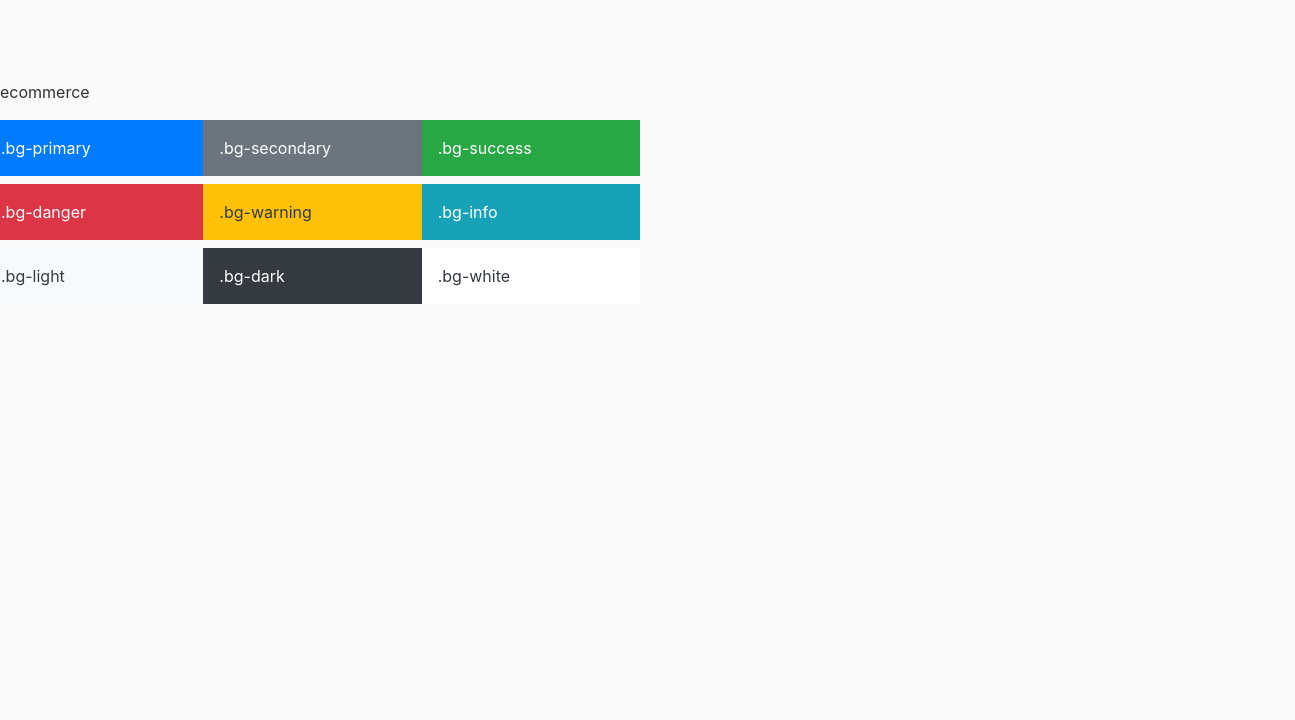
Repository: khanhdk0000/first_proj
Page: http://localhost/about?my_var=ecommerce
An editor plug-in stored every save of this project. The page is shown before and after the next save, followed by the edit.
The browser window is 1280 px wide. The page is 1295 px wide, then 1280 px, so the pictures cover 1295 px, including what lies to the right of the window. The pictures show the whole page.
Some web libraries are served in a nearby version. The page is served by the project's application, run on Flask 3 (flaskblog.py).

Above is the page before, as saved 2021-05-25 11:37:34.

### templates/about.html
{% extends "layout.html" %} {% block content %}
<p>{{ var}}</p>
<div class="row">
    <div class="col-2 p-3 mb-2 bg-primary text-white">.bg-primary</div>
    <div class="col-2 p-3 mb-2 bg-secondary text-white">.bg-secondary</div>
    <div class="col-2 p-3 mb-2 bg-success text-white">.bg-success</div>
</div>

<div class="row">
    <div class="col-2 p-3 mb-2 bg-danger text-white">.bg-danger</div>
    <div class="col-2 p-3 mb-2 bg-warning text-dark">.bg-warning</div>
    <div class="col-2 p-3 mb-2 bg-info text-white">.bg-info</div>
</div>

<div class="row">
    <div class="col-2 p-3 mb-2 bg-light text-dark">.bg-light</div>
    <div class="col-2 p-3 mb-2 bg-dark text-white">.bg-dark</div>
    <div class="col-2 p-3 mb-2 bg-white text-dark">.bg-white</div>
</div>



{% endblock content %}

### templates/layout.html
<!DOCTYPE html>
<html>
  <head>
    <!-- Required meta tags -->
    <meta charset="utf-8" />
    <meta
      name="viewport"
      content="width=device-width, initial-scale=1, shrink-to-fit=no"
    />

    <!-- Bootstrap CSS -->
    <link
      rel="stylesheet"
      href="https://maxcdn.bootstrapcdn.com/bootstrap/4.0.0/css/bootstrap.min.css"
      integrity="sha384-Gn5384xqQ1aoWXA+058RXPxPg6fy4IWvTNh0E263XmFcJlSAwiGgFAW/dAiS6JXm"
      crossorigin="anonymous"
    />

    <link
      rel="stylesheet"
      type="text/css"
      href="{{ url_for('static', filename='main.css') }}"
    />

    {% if title %}
    <title>Flask Blog - {{ title }}</title>
    {% else %}
    <title>Flask Blog</title>
    {% endif %}
  </head>
  <body>
    {% block content %}{% endblock %}

    <!-- Optional JavaScript -->
    <!-- jQuery first, then Popper.js, then Bootstrap JS -->
    <script
      src="https://code.jquery.com/jquery-3.2.1.slim.min.js"
      integrity="sha384-KJ3o2DKtIkvYIK3UENzmM7KCkRr/rE9/Qpg6aAZGJwFDMVNA/GpGFF93hXpG5KkN"
      crossorigin="anonymous"
    ></script>
    <script
      src="https://cdnjs.cloudflare.com/ajax/libs/popper.js/1.12.9/umd/popper.min.js"
      integrity="sha384-ApNbgh9B+Y1QKtv3Rn7W3mgPxhU9K/ScQsAP7hUibX39j7fakFPskvXusvfa0b4Q"
      crossorigin="anonymous"
    ></script>
    <script
      src="https://maxcdn.bootstrapcdn.com/bootstrap/4.0.0/js/bootstrap.min.js"
      integrity="sha384-JZR6Spejh4U02d8jOt6vLEHfe/JQGiRRSQQxSfFWpi1MquVdAyjUar5+76PVCmYl"
      crossorigin="anonymous"
    ></script>
    <!-- MDB -->
    <script
      type="text/javascript"
      src="https://cdnjs.cloudflare.com/ajax/libs/mdb-ui-kit/3.5.0/mdb.min.js"
    ></script>
  </body>
</html>

### flaskblog.py
from flask import Flask, render_template, url_for, request
app = Flask(__name__)


posts = [
    {
        'author': 'Corey Schafer',
        'title': 'Blog Post 1',
        'content': 'First post content',
        'date_posted': 'April 20, 2018'
    },
    {
        'author': 'Jane Doe',
        'title': 'Blog Post 2',
        'content': 'Second post content',
        'date_posted': 'April 21, 2018'
    }
]

@app.route('/')
@app.route('/home')
def hello_world():
    return render_template('home.html', posts=posts, title='Hey')

@app.route('/about')
def about():
    my_var = request.args.get('my_var', None)
    return render_template('about.html', posts=posts, var=my_var)

if __name__ == '__main__':
    app.run(debug=True)

### static/main.css
body {
    background: #fafafa;
    color: #333333;
    margin-top: 5rem;
    height: 100%;
  }

  h1, h2, h3, h4, h5, h6 {
    color: #444444;
  }

  .bg-steel {
    background-color: #5f788a;
  }

  .site-header .navbar-nav .nav-link {
    color: #cbd5db;
  }

  .site-header .navbar-nav .nav-link:hover {
    color: #ffffff;
  }

  .site-header .navbar-nav .nav-link.active {
    font-weight: 500;
  }

  .content-section {
    background: #ffffff;
    padding: 10px 20px;
    border: 1px solid #dddddd;
    border-radius: 3px;
    margin-bottom: 20px;
  }

  .article-title {
    color: #444444;
  }

  a.article-title:hover {
    color: #428bca;
    text-decoration: none;
  }

  .article-content {
    white-space: pre-line;
  }

  .article-img {
    height: 65px;
    width: 65px;
    margin-right: 16px;
  }

  .article-metadata {
    padding-bottom: 1px;
    margin-bottom: 4px;
    border-bottom: 1px solid #e3e3e3
  }

  .article-metadata a:hover {
    color: #333;
    text-decoration: none;
  }

  .article-svg {
    width: 25px;
    height: 25px;
    vertical-align: middle;
  }

  .account-img {
    height: 125px;
    width: 125px;
    margin-right: 20px;
    margin-bottom: 16px;
  }

  .account-heading {
    font-size: 2.5rem;
  }

  .vertical-center {
    min-height: 100%;  /* Fallback for browsers do NOT support vh unit */
    min-height: 100vh; /* These two lines are counted as one :-)       */

    justify-content:center;
    display: flex;
    align-items: center;
  }

After the next save:
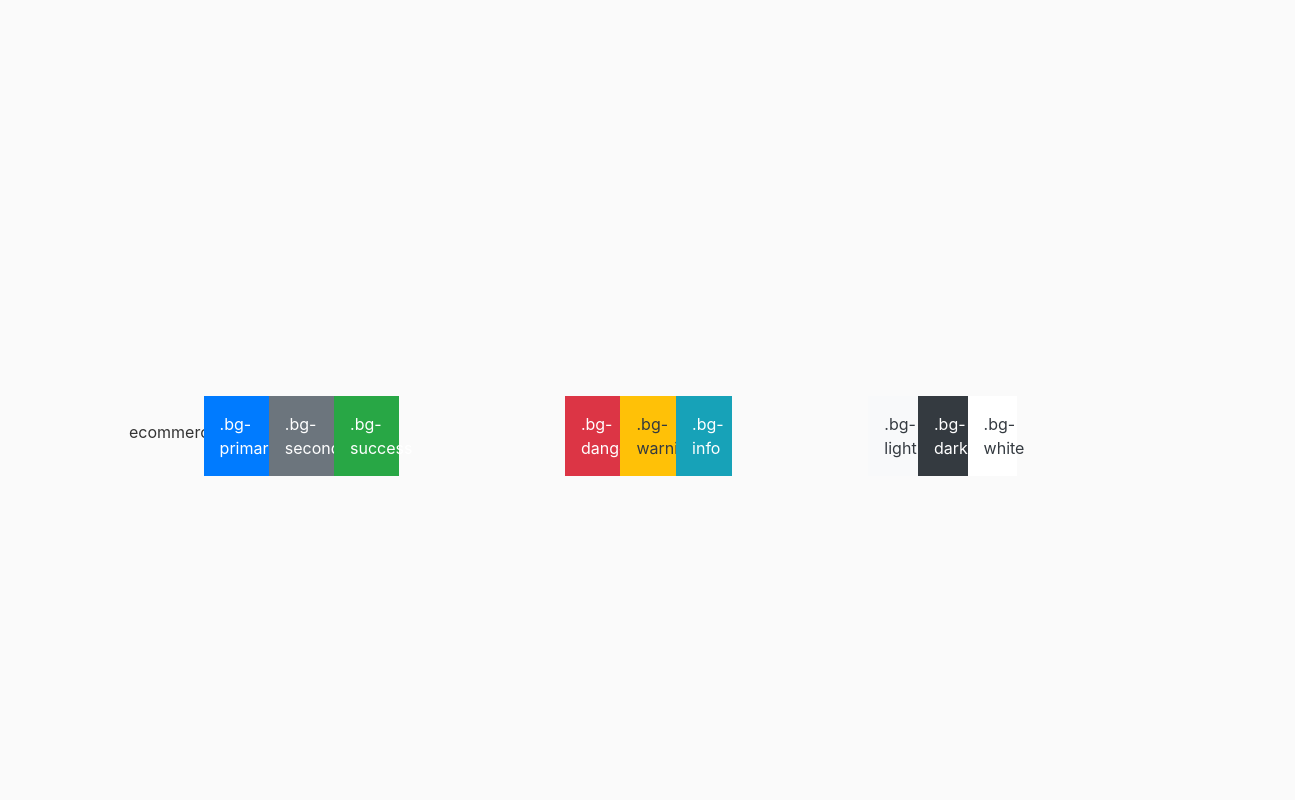
Saved 84 s later.
--- a/templates/about.html
+++ b/templates/about.html
@@ -1,4 +1,6 @@
 {% extends "layout.html" %} {% block content %}
+<div class="container h-100 vertical-center">
+    <div class="row h-100 justify-content-center align-items-center">
 <p>{{ var}}</p>
 <div class="row">
     <div class="col-2 p-3 mb-2 bg-primary text-white">.bg-primary</div>
